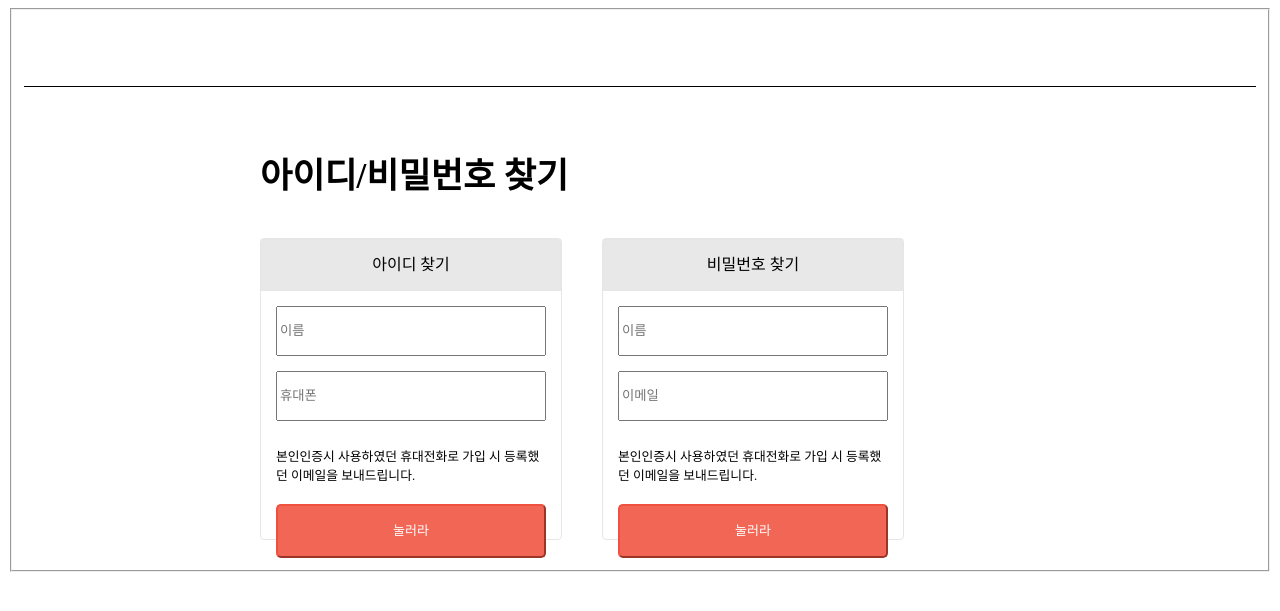
Repository: agheha/trillion
Page: YH/study_project/html/find.html
The author's editor kept a copy of each file at every save. The page is drawn from the files as they stood at one save, then again after the next save.
The browser window is 1280 px wide. The pictures show the whole page.

Above is the page before, as saved 2019-09-05 12:35:30.

### YH/study_project/html/find.html
<!DOCTYPE html>
<html lang="en">
<head>
    <meta charset="UTF-8">
    <meta name="viewport" content="width=device-width, initial-scale=1.0">
    <meta http-equiv="X-UA-Compatible" content="ie=edge">
    <title>Document</title>
    <link rel="stylesheet" href="./../css/find.css">
</head>
<body>
    <fieldset>
        <form action="">
            <div class="nav"></div>
            <div class="main">
                <div class="title">
                    아이디/비밀번호 찾기
                </div>
                <div class="find">
                    <div class="find-item">
                        <div class="find-item-title">
                            아이디 찾기
                        </div>
                        <div class="find-item-content">
                            <div class="find-item-inputbox">
                                <input type="text" placeholder="이름">
                            </div>
                            <div class="find-item-inputbox">
                                <input type="text" placeholder="휴대폰">
                            </div>
                            <div class="find-item-msg">
                                본인인증시 사용하였던 휴대전화로 가입 시 등록했던 이메일을 보내드립니다.
                            </div>
                            <button class="find-item-button">
                                눌러라
                            </button>
                        </div>
                    </div>
                    <div class="find-item">
                        <div class="find-item-title">
                            비밀번호 찾기
                        </div>
                        <div class="find-item-content">
                            <div class="find-item-inputbox">
                                <input type="text" placeholder="이름">
                            </div>
                            <div class="find-item-inputbox">
                                <input type="text" placeholder="이메일">
                            </div>
                            <div class="find-item-msg">
                                본인인증시 사용하였던 휴대전화로 가입 시 등록했던 이메일을 보내드립니다.
                            </div>
                            <button class="find-item-button">
                                눌러라
                            </button>
                        </div>
                    </div>
                </div>
            </div>
        </form>
    </fieldset>
</body>
</html>

### YH/study_project/css/find.css
.nav {
    height : 70px;
    border-bottom: 1px solid black;
}
.title {
    font-size : 35px;
    font-weight: bold;
    margin: 20px;
}
.main {
    width : 800px;
    margin : 0 auto;
    margin-top : 60px;
}
.find {
    display: flex;
}
.find-item {
    width: 300px;
    height: 300px;
    border : 1px solid #E6E6E6;
    margin : 20px;
    border-radius: 4px;
    text-align: center;
}
.find-item-title {
    font-size: 1.0rem;
    background: #E8E8E8;
    border : 1px solid #E6E6E6;
    height: 50px;
    line-height: 50px;
}
.find-item-msg {
    font-size : 0.8rem;
}
.find-item-button {
    color : #fff;
    background-color : #f26656;
    background-image : none;
    border-color : #f0513e;
    padding: 15px 15px;
    font-size: 13px;
    line-height: 1.5438;
    border-radius: 5px;
    width: 100%;
}
.find-item-inputbox {
    width: 100%;
    height: 50px;
    padding-bottom: 15px;
}
input {
    width: 100%;
    height: 50px;
    box-sizing: border-box;

}
.find-item-msg {
    padding-top : 10px;
    padding-bottom: 20px;
    text-align: left;
}
.find-item-content {
    padding : 15px;
}

After the next save:
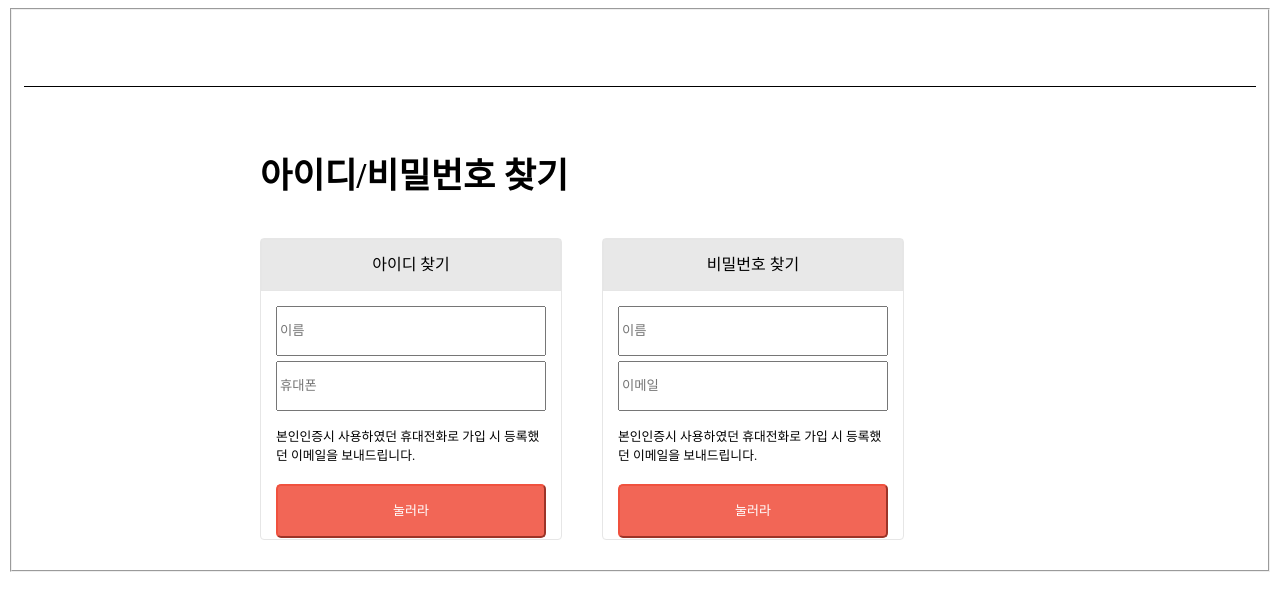
Saved 4 s later.
--- a/YH/study_project/css/find.css
+++ b/YH/study_project/css/find.css
@@ -47,7 +47,7 @@
 .find-item-inputbox {
     width: 100%;
     height: 50px;
-    padding-bottom: 15px;
+    padding-bottom: 5px;
 }
 input {
     width: 100%;
